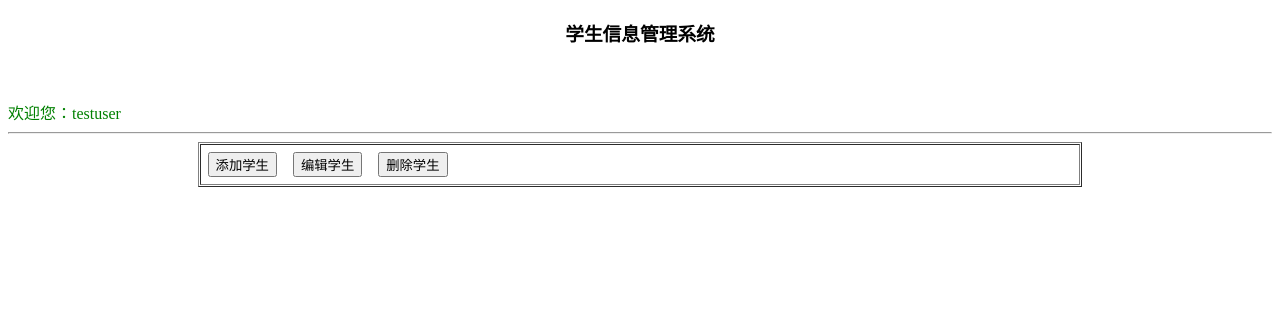
Repository: DataBoxWx/mvc_servlet_3
Page: http://localhost/jsp_1_homework/studentlist.do
These files come from the project's save history. The page is drawn as it stood at one moment and after the next save; the edit follows.
The browser window is 1280 px wide. The pictures show the whole page.
The page is served by Tomcat 9. The session is filled in as if someone had signed in: {"username": "testuser"}. Other server files are loaded and not shown. Queries for data that is not in the repository find no rows.

Above is the page before, as saved 2018-05-04 13:44:34.

### jsp_1_homework/WebContent/jsp/studentlist.jsp
<%@ taglib prefix="b" uri="http://java.sun.com/jsp/jstl/core" %>
<%@ page language="java" contentType="text/html; charset=UTF-8"
    pageEncoding="UTF-8"%>
<%
	String basePath = request.getScheme() + "://" + request.getServerName() + ":" + 	request.getServerPort() + request.getContextPath() + "/";
%>
<!DOCTYPE html PUBLIC "-//W3C//DTD HTML 4.01 Transitional//EN" "http://www.w3.org/TR/html4/loose.dtd">
<html>
<head>
<base href="<%=basePath%>">
<meta http-equiv="Content-Type" content="text/html; charset=UTF-8">
<title>Insert title here</title>
<style type="text/css">
	td{
		text-align: center
	}
	a{
		text-decoration: none;
		color: green;
	}
	.ys{
		background-color: activecaption;
	}
</style>
<script type="text/javascript" src="js/jquery-1.8.3.min.js"></script>
<script type="text/javascript">
/* 	function tj(){
		window.location.href="jsp/studentadd.jsp";
	} */
	$(function(){

		$("#addButt").click(function(){
			window.location.href="jsp/studentadd.jsp";
		});
		$("#editButt").click(function(){

			var $xz = $("input[name='xz']:checked");
			if($xz.length==0){
				alert("请选择一个记录");
			}else if($xz.length == 1){
				//alert(123);
				var id = $xz[0].value;
				//alert(id);
				window.location.href="studentshow.do?id="+id;
			}else{
				alert("只能选择一条记录");
			}

		});
		$("#deleteButt").click(function(){
			var $xz = $("input[name='xz']:checked");
			if($xz.length==0){
				alert("请选择需要删除的记录");
			}else{
				if(confirm("您确定删除吗？")){
					var path="studentdeletes.do?";
					for(var i=0;i < $xz.length;i++){
						path += "id=" + $xz[i].value;
						if(i<$xz.length-1){
							path += "&";
						}
					}
					window.location.href=path;
				}
			}
		});
		$("#tb").click(function(){
			var $xz = $("input[name='xz']")
			if($("#tb")[0].checked){
				for(var i = 0;i<$xz.length;i++){
					$xz[i].checked=true;
				}
			}else{
				for(var i = 0;i<$xz.length;i++){
					$xz[i].checked=false;
				}
			}
		});
		$("#t>tr:even").addClass("ys");

	});

</script>
</head>
<body>
	<h3 style="text-align:center">学生信息管理系统</h3><br/><br/>
	<div style="color: green">欢迎您：${username}</div><hr>
	<table border="1"  align="center" width=70% cellpadding="7" cellspacing="1">
		<tr>
			<td style="text-align:left" >
				<button id="addButt">添加学生</button>&nbsp;&nbsp;&nbsp;
				<button id="editButt">编辑学生</button>&nbsp;&nbsp;&nbsp;
				<button id="deleteButt">删除学生</button>&nbsp;&nbsp;&nbsp;
			</td>
		</tr>
	</table>
	<%-- <table border="1" align="center" width=70% cellpadding="7" cellspacing="1">
		<thead>
		<tr>
			<td>
				<input type="checkbox" id="tb">
			</td>
			<td>
			序号
			</td>
			<td>
			ID
			</td>
			<td>
			姓名
			</td>
			<td>
			年龄
			</td>
			<td>
			操作
			</td>
		</tr>
		</thead>
		<tbody id="t">
			<b:if test="${empty list}">
				<tr>
					<td colspan="4">
						没有相关的记录
					</td>
				</tr>
			</b:if>
			<b:if test="${!empty list}">
				<b:forEach items="${list}" var="slist" varStatus="vs">
					<tr>
						<td>
							<input type="checkbox" name="xz" value="${slist.id}"/>
						</td>
						<td>
							${vs.count}
						</td>
						<td>
							${slist.id}
						</td>
						<td>
							${slist.name}
						</td>
						<td>
							${slist.age}
						</td>
						<td>
							 <a href="studentshow.do?id=${slist.id}">编辑</a>
							 	||
							 <a href="studentdelete.do?id=${slist.id}">删除</a>

						</td>
					</tr>
				</b:forEach>
			</b:if>
		</tbody>
	</table> --%>
</body>
</html>

### jsp_1_homework/src/com/bjpowernode/demo1/StudentList.java
package com.bjpowernode.demo1;

import java.io.IOException;
import java.sql.Connection;
import java.sql.PreparedStatement;
import java.sql.ResultSet;
import java.sql.SQLException;
import java.util.ArrayList;
import java.util.List;

import javax.servlet.ServletException;
import javax.servlet.http.HttpServlet;
import javax.servlet.http.HttpServletRequest;
import javax.servlet.http.HttpServletResponse;

import com.bjpowernode.common.Jutil;
import com.bjpowernode.domain.Student;

/**
 * Servlet implementation class Login
 */
public class StudentList extends HttpServlet {

	protected void doGet(HttpServletRequest request, HttpServletResponse response) throws ServletException, IOException {

		Connection conn = null;
		PreparedStatement ps = null;
		ResultSet res = null;
		String sql = "select id,name,age from student";
		List<Student> list = new ArrayList<>();
		try {
			conn = Jutil.getConnection();
			ps = conn.prepareStatement(sql);
			res = ps.executeQuery();
			while(res.next()){
				Student stu = new Student();
				stu.setId(res.getString(1));
				stu.setName(res.getString(2));
				stu.setAge(res.getInt(3));
				list.add(stu);
			}
		} catch (ClassNotFoundException e) {
			// TODO Auto-generated catch block
			e.printStackTrace();
		} catch (SQLException e) {
			// TODO Auto-generated catch block
			e.printStackTrace();
		}
		request.setAttribute("list", list);
		request.getRequestDispatcher("/jsp/studentlist.jsp").forward(request, response);

	}

	protected void doPost(HttpServletRequest request, HttpServletResponse response) throws ServletException, IOException {
		doGet(request, response);
	}

}

### jsp_1_homework/src/com/bjpowernode/common/Jutil.java
package com.bjpowernode.common;

import java.io.IOException;
import java.io.InputStream;
import java.sql.Connection;
import java.sql.DriverManager;
import java.sql.PreparedStatement;
import java.sql.ResultSet;
import java.sql.SQLException;
import java.util.Properties;

public class Jutil {
	private static String user;
	private static String password;
	private static String url;
	private static String classname;
	static{
		Properties pro = new Properties();
		InputStream in = Jutil.class.getClassLoader().getResourceAsStream("resource.properties");
		try {
			pro.load(in);
			user = pro.getProperty("user");
			password = pro.getProperty("password");
			url = pro.getProperty("url");
			classname = pro.getProperty("classname");
		} catch (IOException e) {
			// TODO Auto-generated catch block
			e.printStackTrace();
		}finally {
			if(in != null){
				try {
					in.close();
				} catch (IOException e) {
					// TODO Auto-generated catch block
					e.printStackTrace();
				}
			}
		}
	}
	public static Connection getConnection() throws SQLException, ClassNotFoundException{
		Class.forName(classname);
		return DriverManager.getConnection(url, user, password);
	}
	public static void close1(Connection conn,PreparedStatement ps, ResultSet res) {
		if(res != null){
			try {
				res.close();
			} catch (SQLException e) {
				// TODO Auto-generated catch block
				e.printStackTrace();
			}
		}
		if(ps != null){
			try {
				ps.close();
			} catch (SQLException e) {
				// TODO Auto-generated catch block
				e.printStackTrace();
			}
		}
		if( conn!= null){
			try {
				conn.close();
			} catch (SQLException e) {
				// TODO Auto-generated catch block
				e.printStackTrace();
			}
		}

	}
}

Loaded but not shown: jsp_1_homework/WebContent/js/jquery-1.8.3.min.js (library)

After the next save:
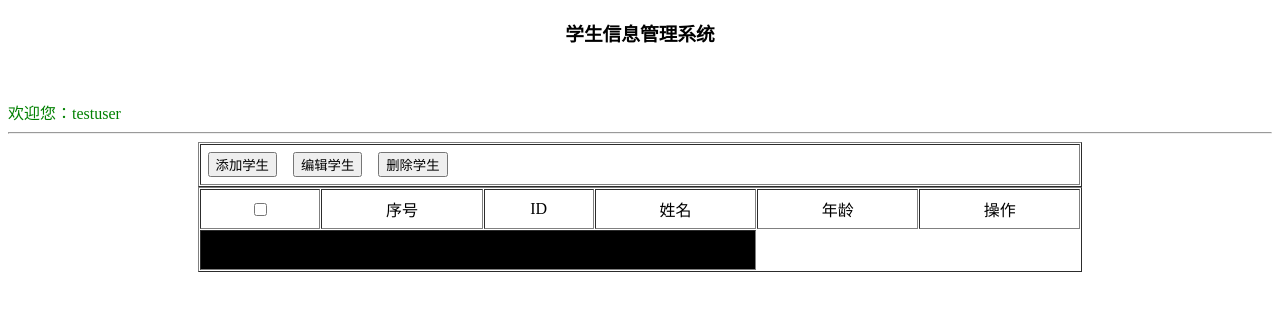
Saved 9 s later.
--- a/jsp_1_homework/WebContent/jsp/studentlist.jsp
+++ b/jsp_1_homework/WebContent/jsp/studentlist.jsp
@@ -94,7 +94,7 @@
 			</td>
 		</tr>
 	</table>
-	<%-- <table border="1" align="center" width=70% cellpadding="7" cellspacing="1">
+	<table border="1" align="center" width=70% cellpadding="7" cellspacing="1">
 		<thead>
 		<tr>
 			<td>
@@ -153,6 +153,6 @@
 				</b:forEach>
 			</b:if>
 		</tbody>
-	</table> --%>
+	</table>
 </body>
 </html>
